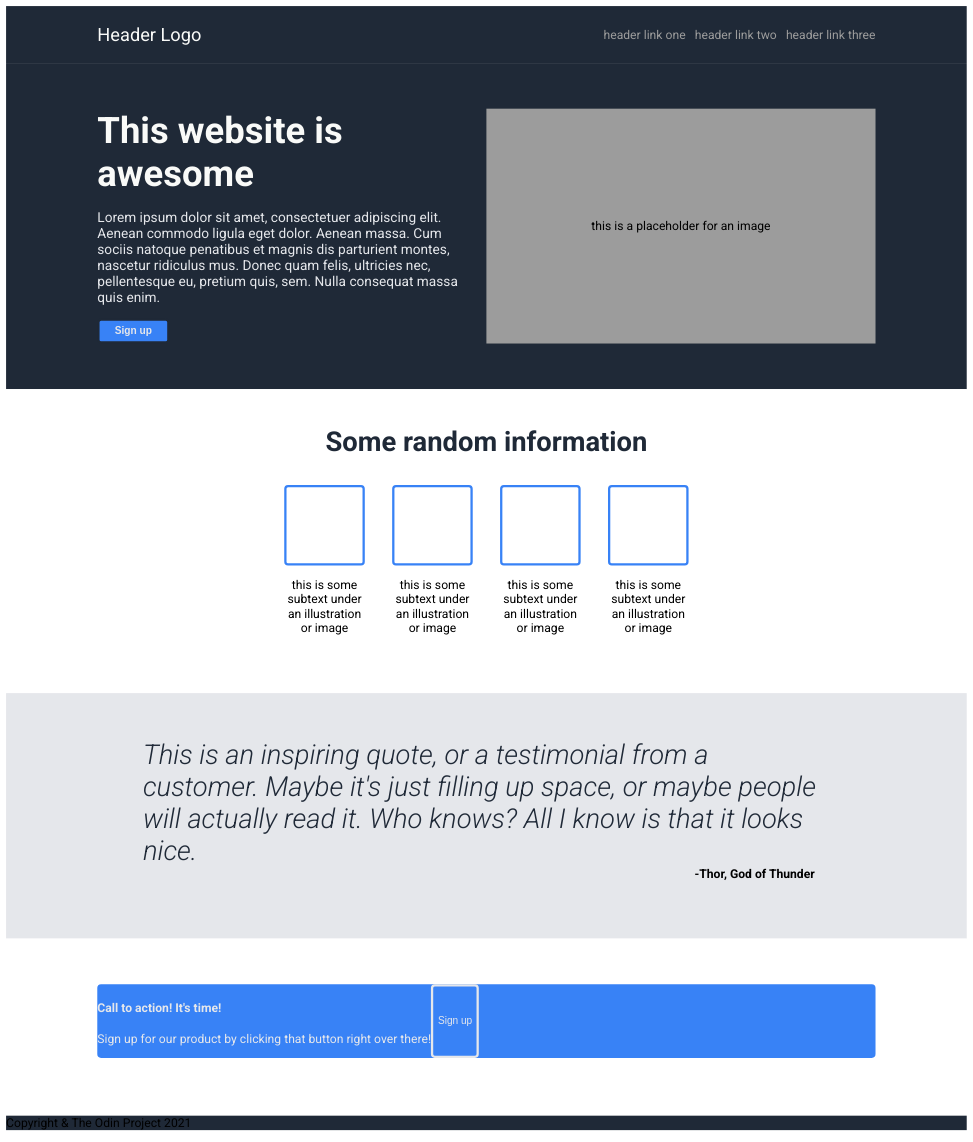
Repository: evemcd/odin_project
Page: odin-project2-landing-page/index.html
An editor plug-in stored every save of this project. The page is shown before and after the next save, followed by the edit.
The browser window is 1280 px wide. The pictures show the whole page, at 76% of full size.

Above is the page before, as saved 2022-02-08 11:42:25.

After the next save:
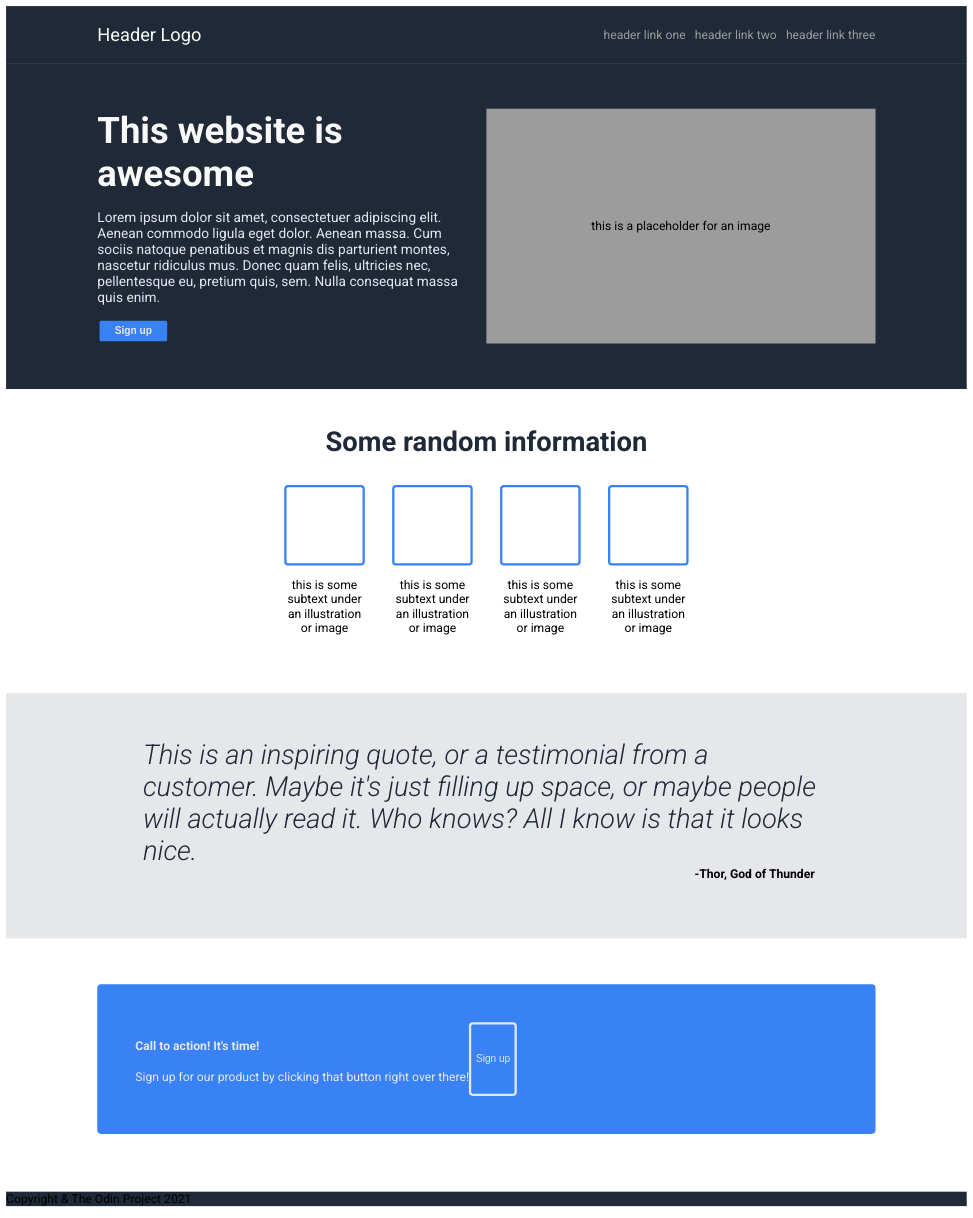
Saved 85 s later.
--- a/odin-project2-landing-page/style.css
+++ b/odin-project2-landing-page/style.css
@@ -129,15 +129,16 @@ blockquote {
     padding-right: 80px;
 }
 
+.container4 {
+    padding: 60px 120px;
+}
+
 .blueBox {
     background-color: #3882F6;
     color: #E5E7EB;
     display: flex;
     border-radius: 5px;
-}
-
-.container4 {
-    padding: 60px 120px;
+    padding: 50px;
 }
 
 .container4 button {

After the save that followed:
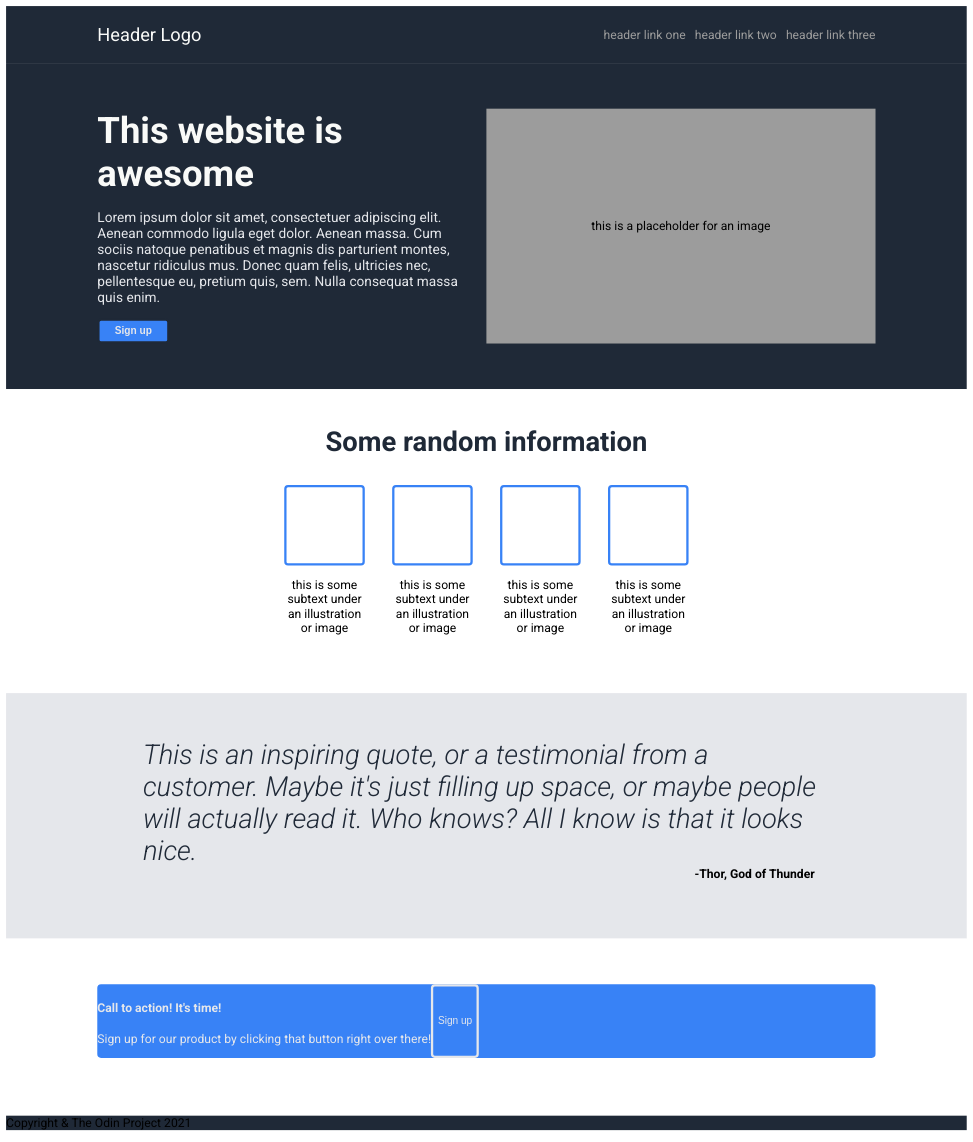
Saved 13 s later.
--- a/odin-project2-landing-page/style.css
+++ b/odin-project2-landing-page/style.css
@@ -138,7 +138,6 @@ blockquote {
     color: #E5E7EB;
     display: flex;
     border-radius: 5px;
-    padding: 50px;
 }
 
 .container4 button {
